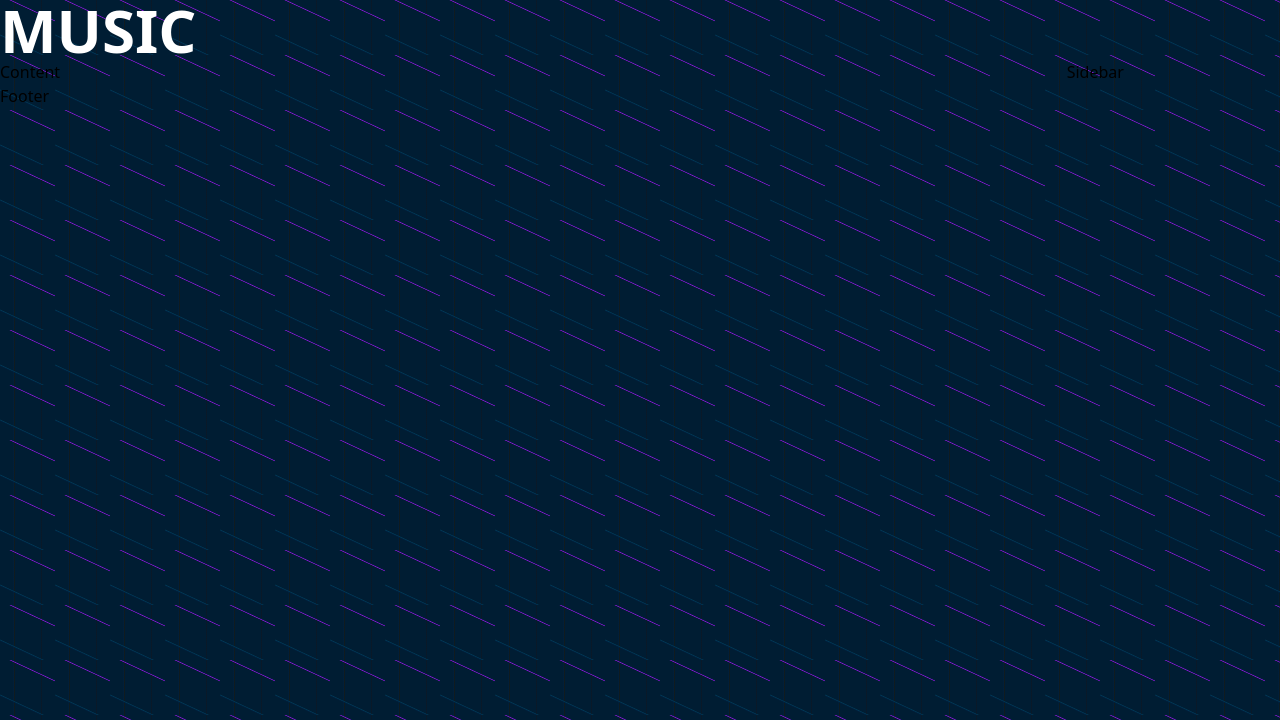
Repository: ItsMe-Pal/something
Page: index.html
These files come from the project's save history. The page is drawn as it stood at one moment and after the next save; the edit follows.
The browser window is 1280 px wide. The pictures show the whole page.
The style sheet was rebuilt from its Sass, Less or Tailwind sources for each picture, by a compiler version that may differ from the author's.

Above is the page before, as saved 2025-06-22 18:33:02.

### index.html
<!DOCTYPE html>
<html lang="en">
<head>
    <meta charset="UTF-8">
    <meta name="viewport" content="width=device-width, initial-scale=1.0">
    <title></title>

    <link rel="stylesheet" href="/manifest.json">

    <script src="https://cdn.jsdelivr.net/npm/@tailwindcss/browser@4"></script>
    <script src="https://code.jquery.com/jquery-3.7.1.js" integrity="sha256-eKhayi8LEQwp4NKxN+CfCh+3qOVUtJn3QNZ0TciWLP4=" crossorigin="anonymous"></script>

    <link rel="stylesheet" href="/styles/main.css">
</head>
<body>
    <div id="bg">

    <div class="flex gap-[2%] flex-wrap content-start">
        <div class="w-full h-[5%]">

                <span class="price">MUSIC</span>

        </div>
        <div class="grow h-3/4">Content</div>
        <div class="w-1/6 h-3/4">Sidebar</div>
        <div class="w-full h-[5%]">Footer</div>
      </div>

    </div>
    <script src="/src/main.js"></script>
</body>
</html>

### styles/main.scss
@use "./customs.scss";


#bg {
    position: relative;
    width: 100%;
    height: 100vh;
    --color: #001f3fe8;
    background-color: #001d33;
    background-image: linear-gradient(205deg, transparent 24%, var(--color) 25%, #8817d0 26%, transparent 27%, transparent 74%, #003a56e8 75%, var(--color) 76%, transparent 77%, transparent), linear-gradient(90deg, transparent 24%, var(--color) 25%, #1b1a11e8 26%, transparent 27%, transparent 74%, #131213e8 75%, var(--color) 76%, transparent 77%, transparent);
    background-size: 55px 55px;
  }
#bg:before {
    content: "";
    position: absolute;
    left: 0;
    top: 0;
    width: 100%;
    height: 100%;
}
  .price {
    font-size: 3.75rem;
    line-height: 1;
    font-weight: 700;
    color: #fff
  }

Loaded but not shown: manifest.json (58 lines, source omitted); src/main.js (6 lines, source omitted); styles/customs.scss (846 lines, source omitted)

After the next save:
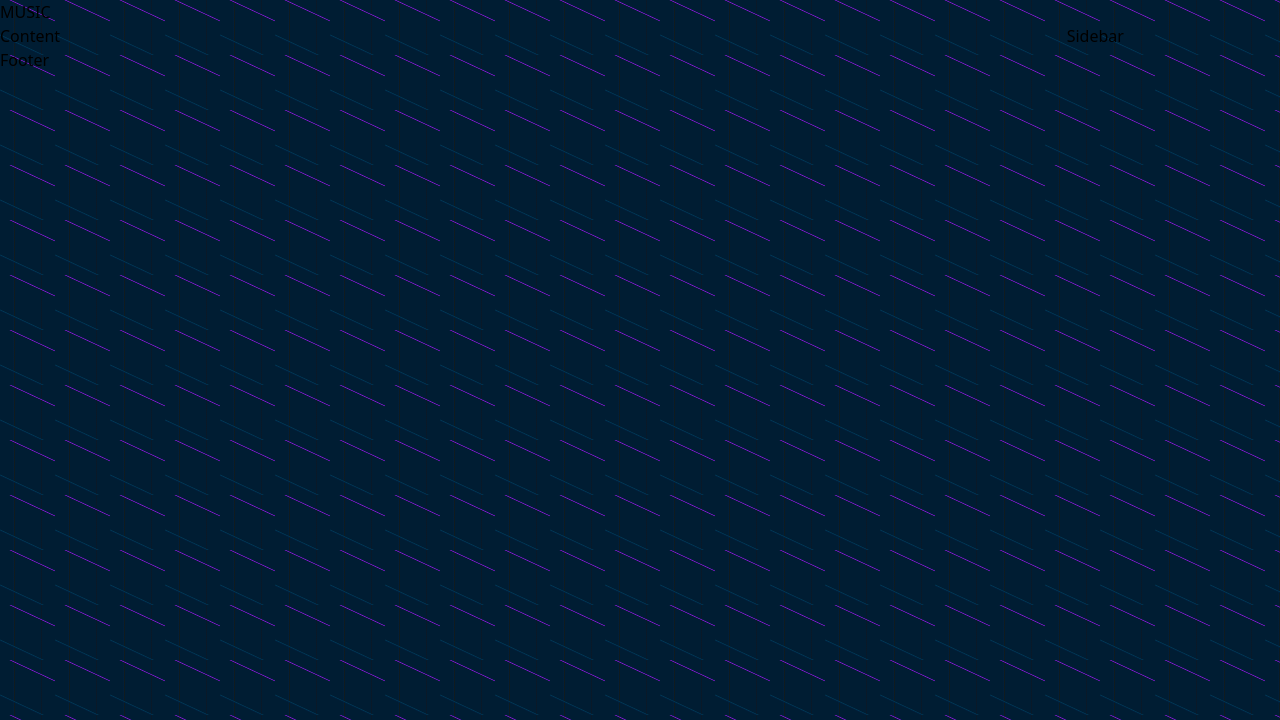
Saved 2 min 27 s later.
--- a/index.html
+++ b/index.html
@@ -18,7 +18,7 @@
     <div class="flex gap-[2%] flex-wrap content-start">
         <div class="w-full h-[5%]">
 
-                <span class="price">MUSIC</span>
+                <span class="word1">MUSIC</span>
 
         </div>
         <div class="grow h-3/4">Content</div>

After the save that followed:
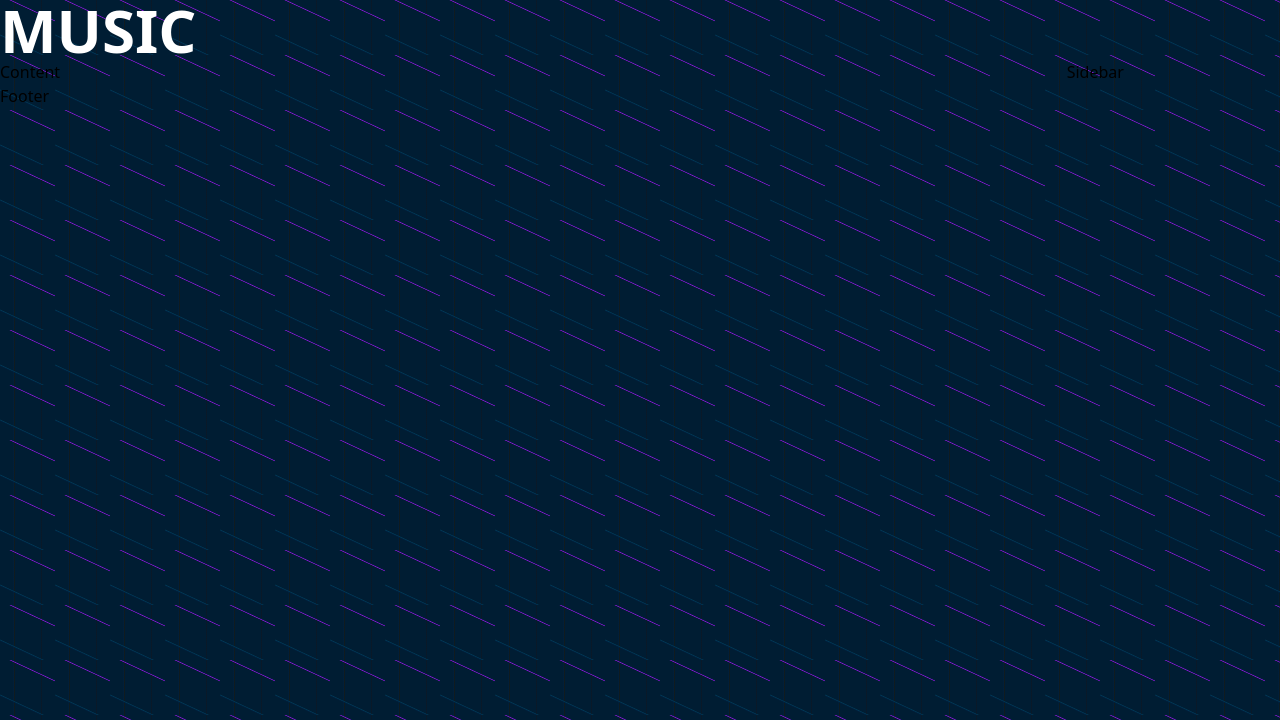
Saved 6 s later.
--- a/styles/main.scss
+++ b/styles/main.scss
@@ -18,7 +18,7 @@
     width: 100%;
     height: 100%;
 }
-  .price {
+  .word1 {
     font-size: 3.75rem;
     line-height: 1;
     font-weight: 700;
